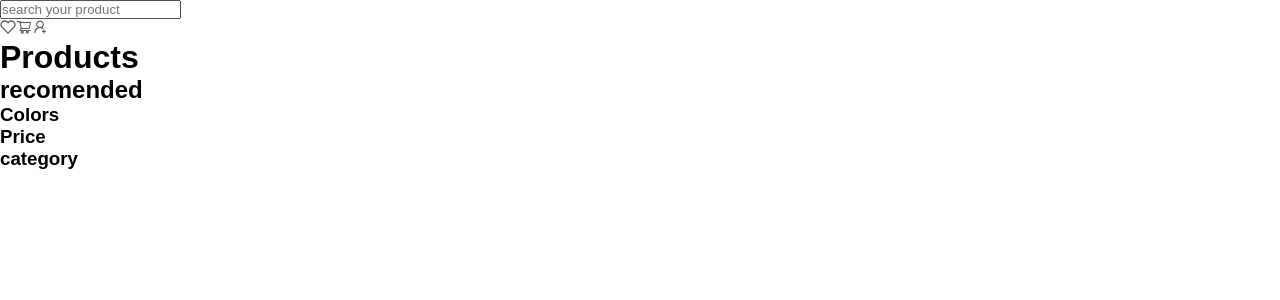
Repository: Mohankrishna1201/final_products_list
Page: /
An editor plug-in stored every save of this project. The page is shown before and after the next save, followed by the edit.
The browser window is 1280 px wide. The pictures show the whole page.
The project was rebuilt for these pictures with package versions that can differ from the ones it lists, and the page was loaded fresh each time.

Above is the page before, as saved 2023-11-01 11:10:38.

### src/App.js
import NavBar from "./Nav/NavBar";
import Products from "./Products/Products";
import Recommended from "./Recommended/Recommended"
import Category from "./SideBar/Category/Category";
import Colors from "./SideBar/Colors/Colors";
import Price from "./SideBar/Price/Price";
import "./App.css"

function App() {
  return (
    <>
      <NavBar />
      <Products />
      <Recommended />
      <Colors />
      <Price />
      <Category />

    </>
  );
}

export default App;

### src/Nav/NavBar.js
import React from 'react'
import { FiHeart } from "react-icons/fi"
import { AiOutlineShoppingCart, AiOutlineUserAdd } from "react-icons/ai"
function NavBar() {
    return (
        <nav>
            <div className='nav-container'>
                <input type="text" className='search-input btn' placeholder='search your product'></input>
            </div>
            <div className='profile-container'>
                <a href='#' >
                    <FiHeart className='nav-icons' />
                </a>
                <a href='#' >
                    <AiOutlineShoppingCart className='nav-icons' />
                </a>
                <a href='#' >
                    <AiOutlineUserAdd className='nav-icons' />
                </a>

            </div>
        </nav>
    )
}

export default NavBar;

### src/Products/Products.js
import React from 'react'

export default function Products() {
    return (
        <div>
            <h1> Products</h1>
        </div>
    )
}

### src/Recommended/Recommended.js
import React from 'react'

export default function Recommended() {
    return (
        <div>
            <h2>  recomended</h2>
        </div>
    )
}

### src/SideBar/Category/Category.js
import React from 'react'

export default function Category() {
    return (
        <div>
            <h3> category</h3>
        </div>
    )
}

### src/SideBar/Colors/Colors.js
import React from 'react'

export default function Colors() {
    return (
        <div>
            <h3>Colors</h3>
        </div>
    )
}

### src/SideBar/Price/Price.js
import React from 'react'

export default function Price() {
    return (
        <div>
            <h3>Price</h3>
        </div>
    )
}

Loaded but not shown: public/index.html (common file); src/index.js (common file); src/App.css (common file)

After the next save:
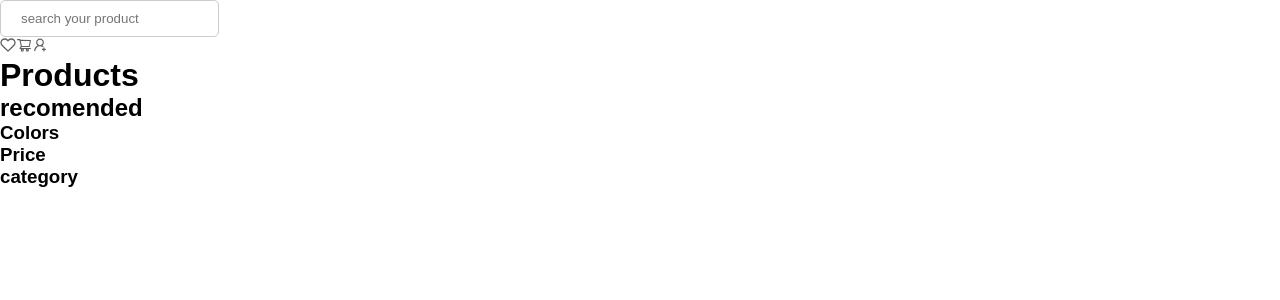
Saved 16 s later.
--- a/src/Nav/NavBar.js
+++ b/src/Nav/NavBar.js
@@ -5,7 +5,7 @@
     return (
         <nav>
             <div className='nav-container'>
-                <input type="text" className='search-input btn' placeholder='search your product'></input>
+                <input type="text" className='search-input btns' placeholder='search your product'></input>
             </div>
             <div className='profile-container'>
                 <a href='#' >

After the save that followed:
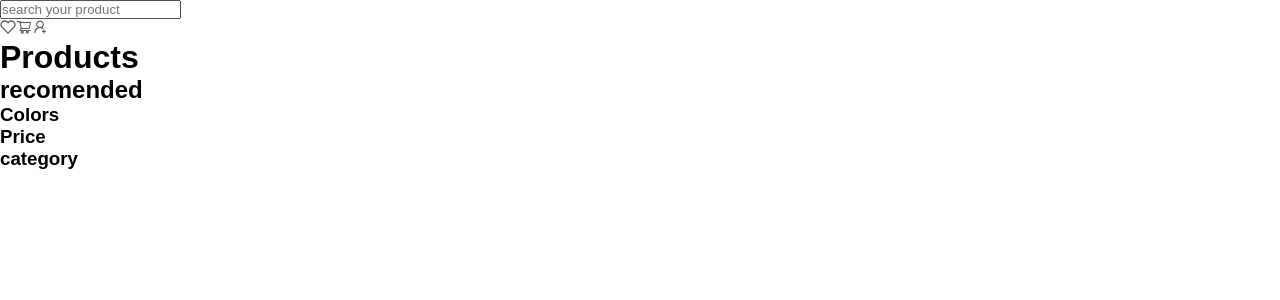
Saved 4 s later.
--- a/src/Nav/NavBar.js
+++ b/src/Nav/NavBar.js
@@ -5,7 +5,7 @@
     return (
         <nav>
             <div className='nav-container'>
-                <input type="text" className='search-input btns' placeholder='search your product'></input>
+                <input type="text" className='search-input' placeholder='search your product'></input>
             </div>
             <div className='profile-container'>
                 <a href='#' >
